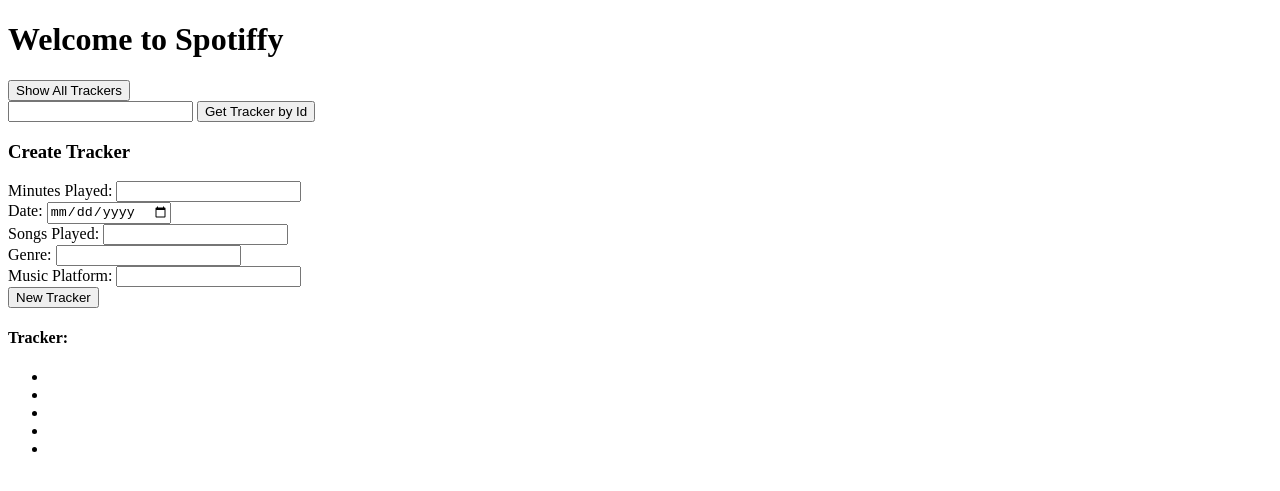
Repository: wcylou/EventTrackerProject
Page: SpotifyREST/src/main/webapp/index.html
The author's editor kept a copy of each file at every save. The page is drawn from the files as they stood at one save, then again after the next save.
The browser window is 1280 px wide. The pictures show the whole page.

Above is the page before, as saved 2018-07-19 15:26:53.
Console error: TypeError: tableRows.addEventListener is not a function

After the next save:
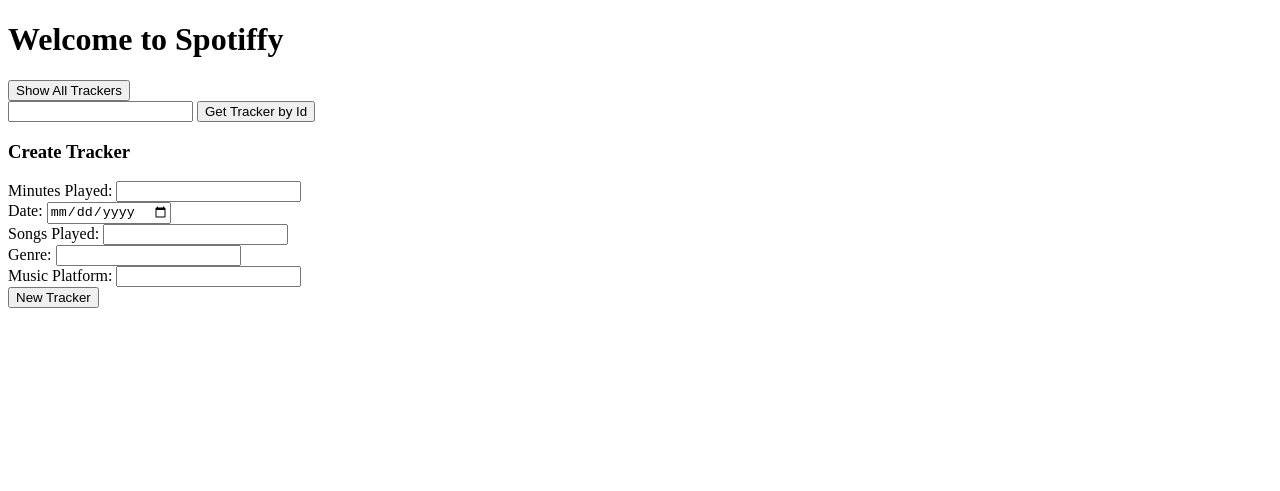
Saved 57 s later.
--- a/SpotifyREST/src/main/webapp/index.html
+++ b/SpotifyREST/src/main/webapp/index.html
@@ -31,14 +31,13 @@
     <div id="actorData"></div>
   </div>
 
-    <h4>Tracker:</h4>
-  <ul>
-    <li id="0" class="list"></li>
-    <li id="1" class="list"></li>
-    <li id="2" class="list"></li>
-    <li id="3" class="list"></li>
-    <li id="4" class="list"></li>
-  </ul>
+   <div id="detail">
+    <p id="minutesPlayed"></p>
+    <p id="date"></p>
+    <p id="songsPlayed"></p>
+    <p id="genre"></p>
+    <p id="musicPlatform"></p>
+  </div>
 
 
     <script src="js/script.js" charset="utf-8"></script>
